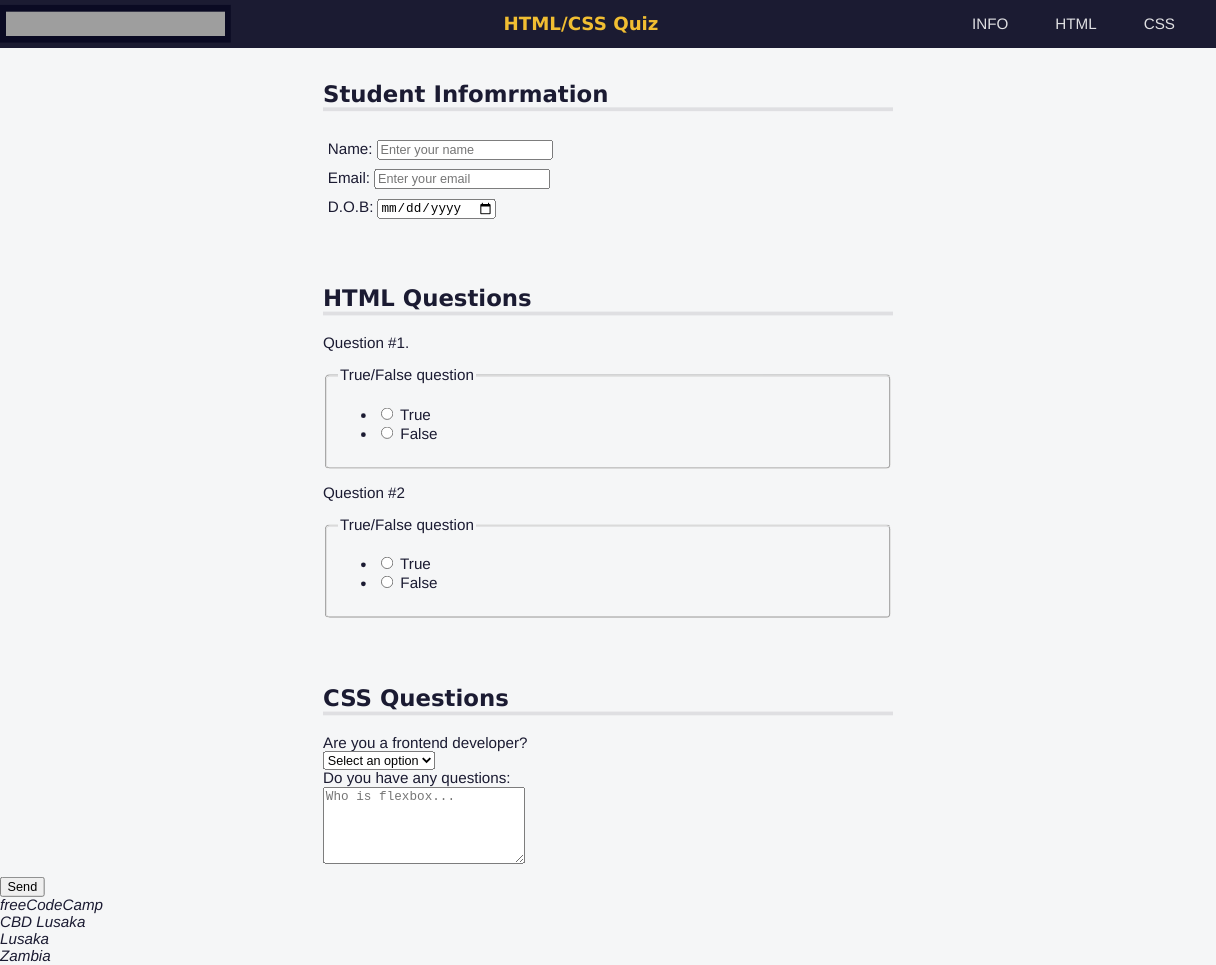
Repository: Lungdjos/accessibility_build_quiz
Page: index.html
An editor plug-in stored every save of this project. The page is shown before and after the next save, followed by the edit.
The browser window is 1280 px wide. The pictures show the whole page, at 95% of full size.
Pictures or frames that could not be fetched are drawn as grey boxes.

Above is the page before, as saved 2023-10-29 23:16:14.

After the next save:
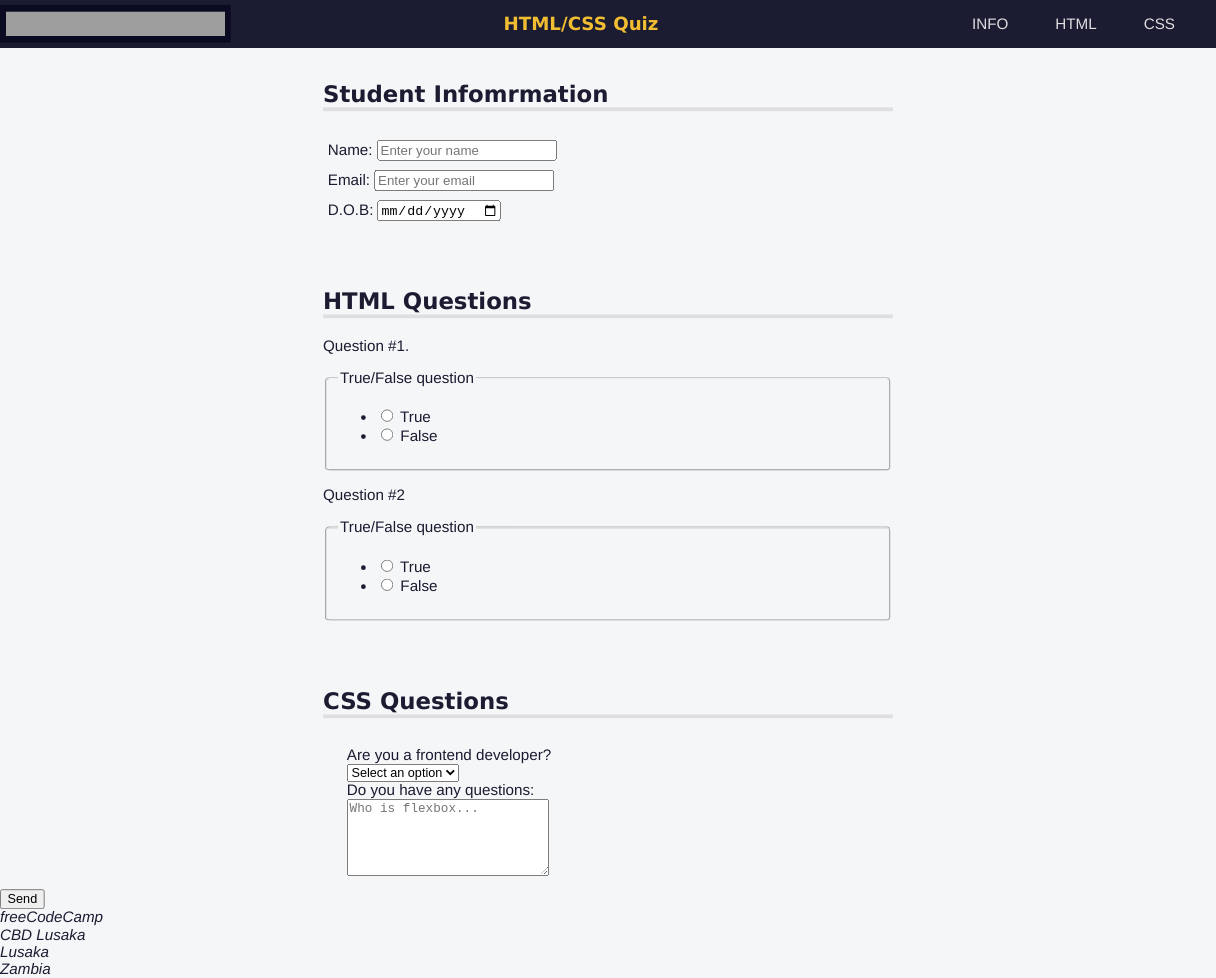
Saved 9 h 40 min later.
--- a/styles.css
+++ b/styles.css
@@ -112,3 +112,12 @@ fieldset {
 .info {
     padding: 10px 0 0 5px;
 }
+
+.formrow {
+    margin-top: 30px;
+    padding: 0 25px 0 25px;
+}
+
+input {
+    font-size: 14px;
+}
